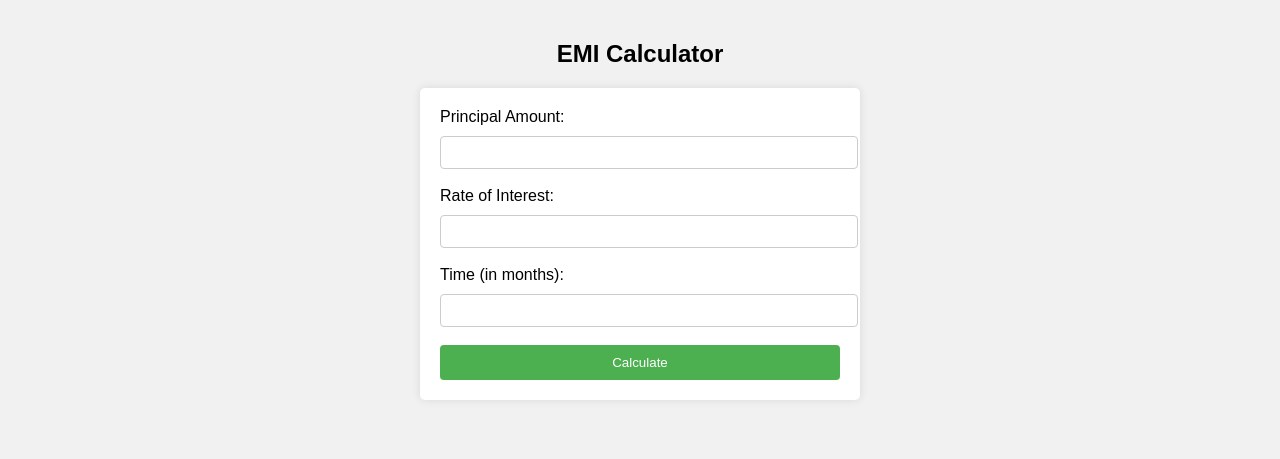
Repository: MihirCodezz/Mihir-Padaya_20136564
Page: Question3/src/main/webapp/EMI.html
An editor plug-in stored every save of this project. The page is shown before and after the next save, followed by the edit.
The browser window is 1280 px wide. The pictures show the whole page.

Above is the page before, as saved 2023-07-11 07:14:15.

After the next save:
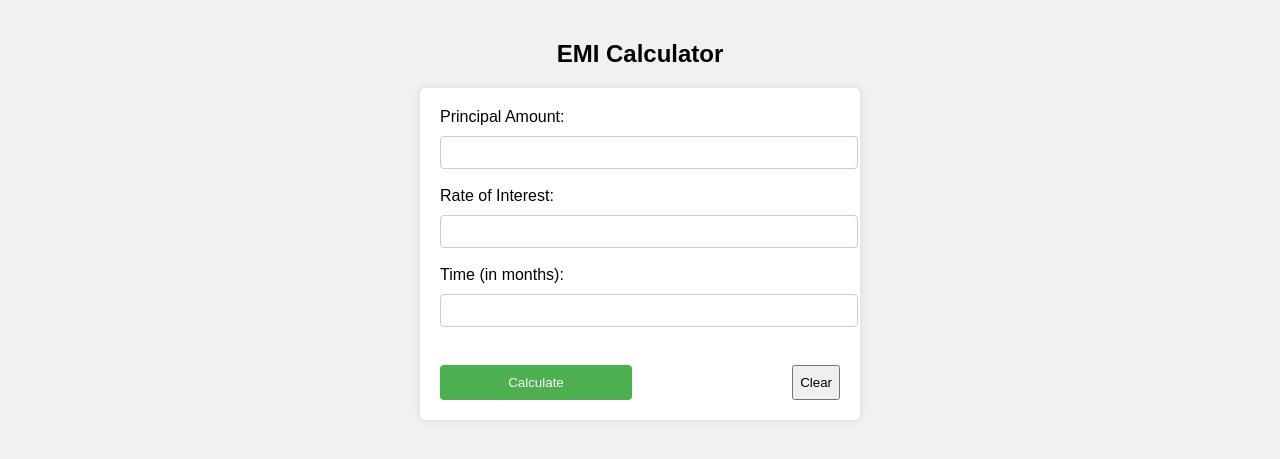
Saved 5 min 49 s later.
--- a/Question3/src/main/webapp/EMI.html
+++ b/Question3/src/main/webapp/EMI.html
@@ -36,7 +36,7 @@
         }
 
         input[type="submit"] {
-            width: 100%;
+            width: 48%;
             padding: 10px;
             background-color: #4CAF50;
             color: #fff;
@@ -45,10 +45,17 @@
             cursor: pointer;
         }
 
+        .btn-container {
+            display: flex;
+            justify-content: space-between;
+            margin-top: 20px;
+        }
+
         table {
             margin-top: 20px;
             width: 100%;
             border-collapse: collapse;
+            border: 1px solid #ccc;
         }
 
         table tr:nth-child(even) {
@@ -57,6 +64,7 @@
 
         table td {
             padding: 8px;
+            border: 1px solid #ccc;
         }
     </style>
 </head>
@@ -72,7 +80,18 @@
         <label for="time">Time (in months):</label>
         <input type="text" name="time" id="time" required><br><br>
 
-        <input type="submit" value="Calculate">
+        <div class="btn-container">
+            <input type="submit" value="Calculate">
+            <input type="button" value="Clear" onclick="clearForm()">
+        </div>
     </form>
+
+    <script>
+        function clearForm() {
+            document.getElementById("principal").value = "";
+            document.getElementById("interest").value = "";
+            document.getElementById("time").value = "";
+        }
+    </script>
 </body>
 </html>
